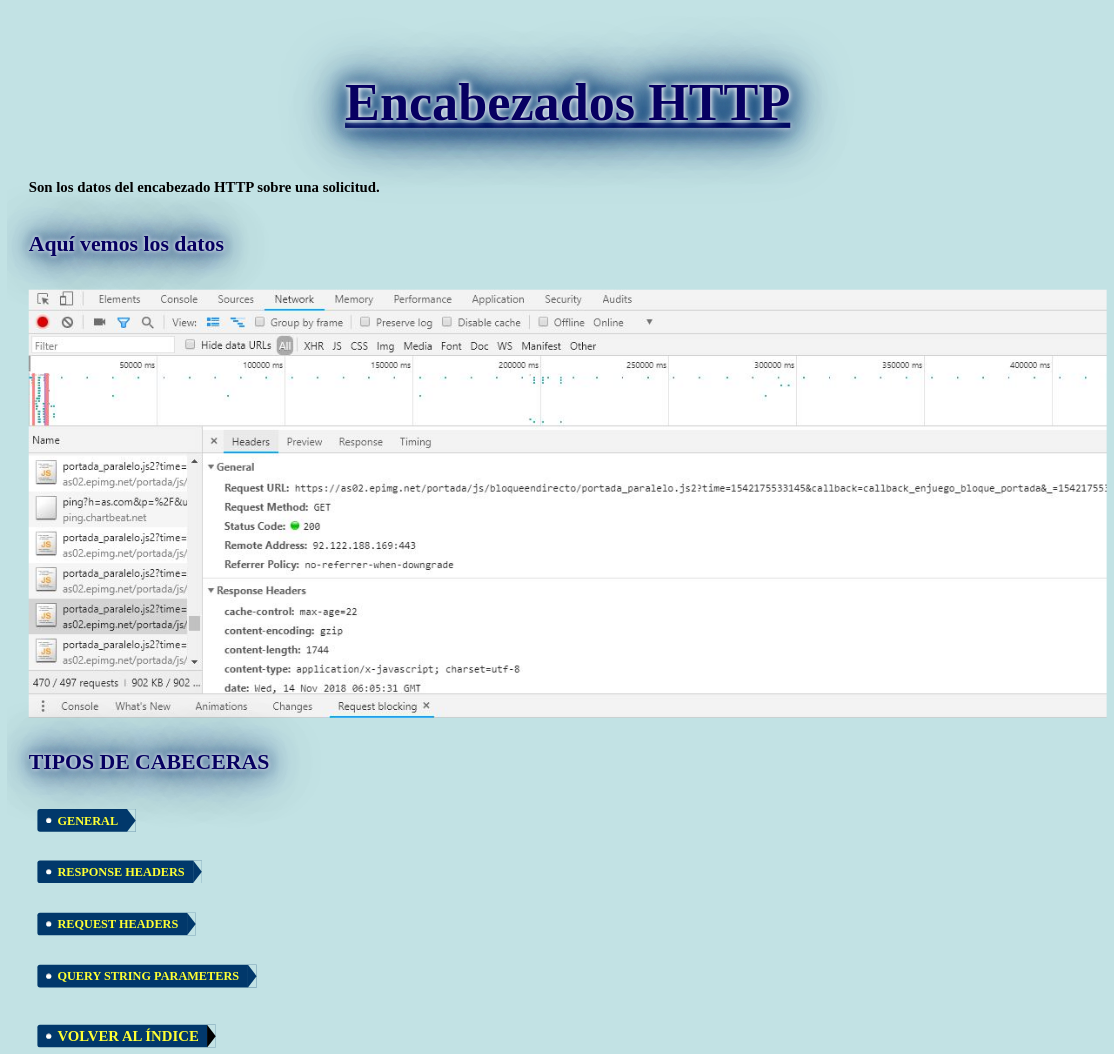
Repository: VictorinoBF97/HerramientasDesarollo
Page: headers.html
An editor plug-in stored every save of this project. The page is shown before and after a run of saves, followed by the edit.
The browser window is 1280 px wide. The pictures show the whole page, at 87% of full size.

Above is the page before, as saved 2018-12-09 09:20:06.
Not found: main.js

After the next 2 saves:
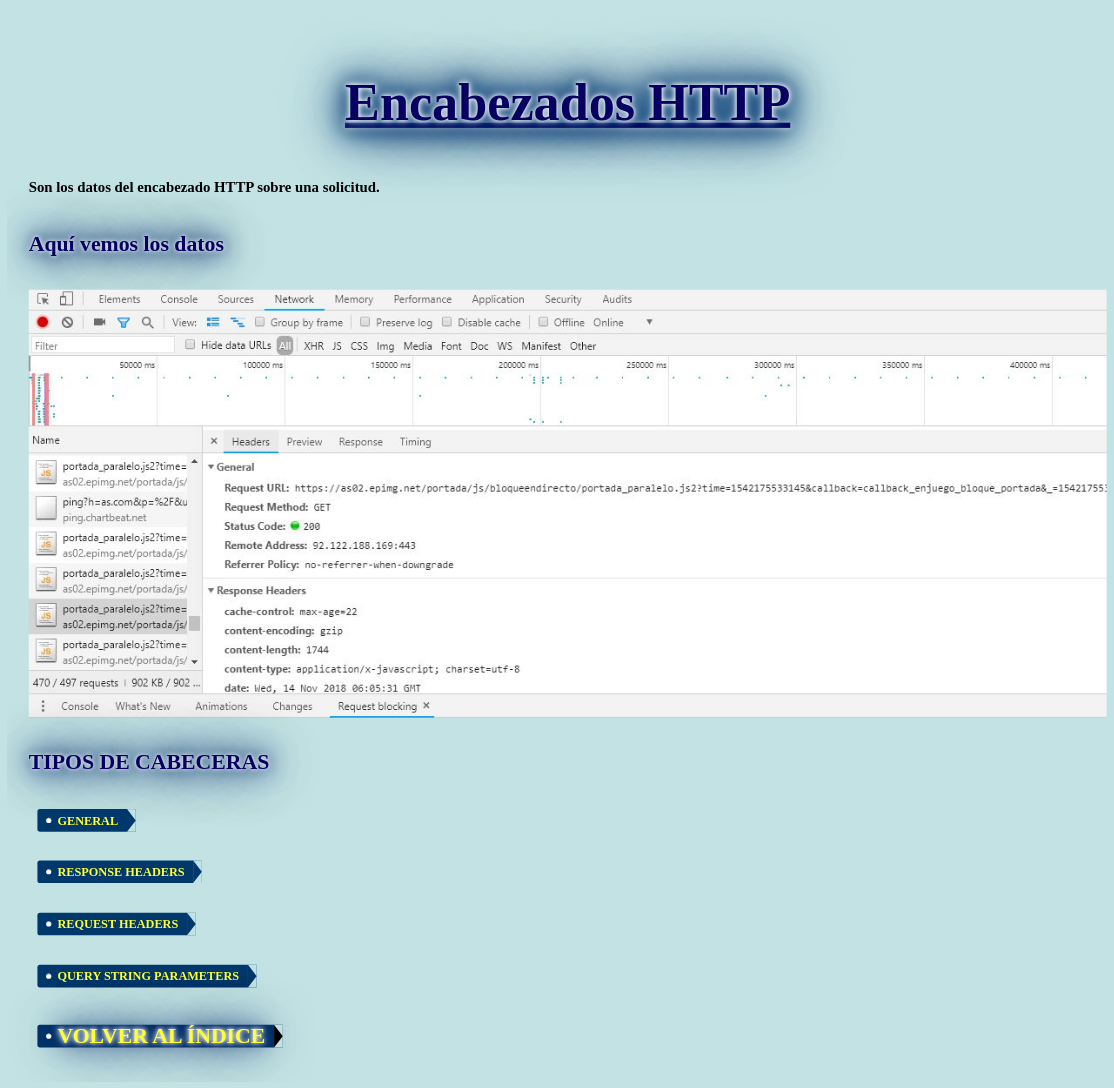
The 2 saves are shown as one change because they came seconds apart.
The last was saved 6 s later.
--- a/headers.html
+++ b/headers.html
@@ -22,6 +22,6 @@
 
 
 
-        <h4></h4><a href="indice.html" target="_self" class="volver">VOLVER AL ÍNDICE</a>
+        <h4><a href="indice.html" target="_self" class="volver">VOLVER AL ÍNDICE</a></h4>
 </body>
 </html>
